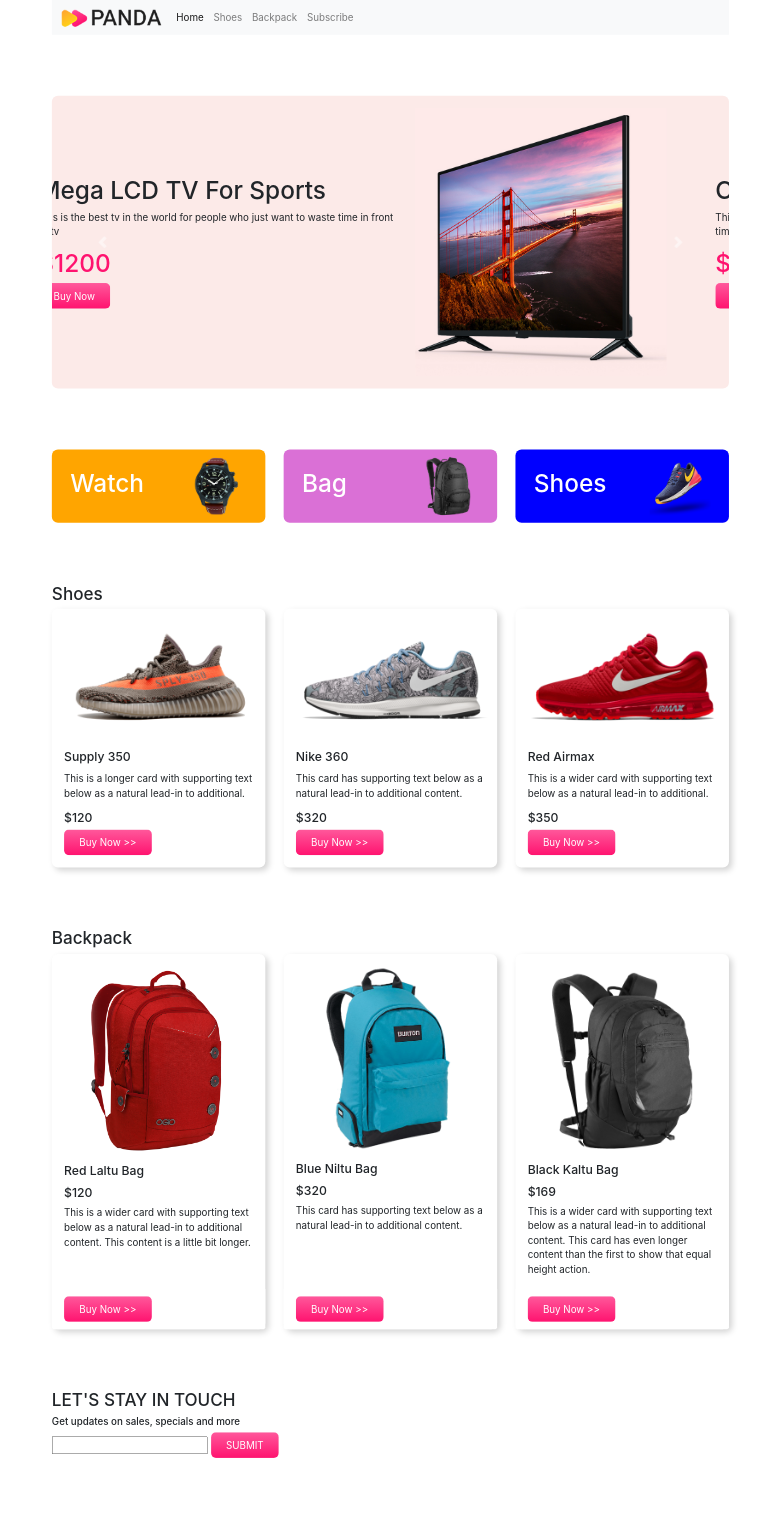
Repository: mohsinfarabi/panda-commerce
Page: index.html
The author's editor kept a copy of each file at every save. The page is drawn from the files as they stood at one save, then again after the next save.
The browser window is 1280 px wide. The pictures show the whole page, at 61% of full size.

Above is the page before, as saved 2020-07-07 03:26:37.

### index.html
<!DOCTYPE html>
<html lang="en">

<head>
    <meta charset="UTF-8">
    <meta name="viewport" content="width=device-width, initial-scale=1.0">
    <title>Panda Commerce</title>
    <link rel="stylesheet" href="css/bootstrap/css/bootstrap.min.css">
    <link rel="stylesheet" href="style.css">
</head>

<body>
    <div class="container">
        <nav class="navbar navbar-expand-lg navbar-light bg-light">
            <a class="navbar-brand" href="#"><img src="images/logo.png" alt=""></a>
            <button class="navbar-toggler" type="button" data-toggle="collapse" data-target="#navbarNav" aria-controls="navbarNav" aria-expanded="false" aria-label="Toggle navigation">
              <span class="navbar-toggler-icon"></span>
            </button>
            <div class="collapse navbar-collapse" id="navbarNav">
                <ul class="navbar-nav">
                    <li class="nav-item active">
                        <a class="nav-link" href="#">Home <span class="sr-only">(current)</span></a>
                    </li>
                    <li class="nav-item">
                        <a class="nav-link" href="#shoes">Shoes</a>
                    </li>
                    <li class="nav-item">
                        <a class="nav-link" href="#backpack">Backpack</a>
                    </li>
                    <li class="nav-item">
                        <a class="nav-link" href="#subscribe">Subscribe</a>
                    </li>
                </ul>
            </div>
        </nav>
    </div>
    <div class="container">
        <div id="carouselExampleControls" class="carousel slide orange-bg" data-ride="carousel">
            <div class="carousel-inner">
                <div class="carousel-item active">
                    <div class="row align-items-center">
                        <div class="col-md-7">
                            <h1>Mega LCD TV For Sports</h1>
                            <p>This is the best tv in the world for people who just want to waste time in front of tv</p>
                            <h1 class="price">$1200</h1>
                            <button class="buy-now-button">Buy Now</button>
                        </div>
                        <div class="col-md-5">
                            <img src="images/banner-images/tv.png" class="d-block w-100" alt="...">
                        </div>
                    </div>
                </div>
                <div class="carousel-item">
                    <div class="row align-items-center">
                        <div class="col-md-7">
                            <h1>Cool Dude Headphone</h1>
                            <p>This is the best headdphone in the world for people who just want to waste time in front of funky world.</p>
                            <h1 class="price">$420</h1>
                            <button class="buy-now-button">Buy Now</button>
                        </div>
                        <div class="col-md-5">
                            <img src="images/banner-images/headphone.png" class="d-block w-100" alt="...">
                        </div>
                    </div>
                </div>
                <div class="carousel-item">
                    <div class="row align-items-center">
                        <div class="col-md-7">
                            <h1>Mega LCD TV For Sports</h1>
                            <p>This is the best x-box in the world for people who just want to waste time in front of fake sports.</p>
                            <h1 class="price">$600</h1>
                            <button class="buy-now-button">Buy Now</button>
                        </div>
                        <div class="col-md-5">
                            <img src="images/banner-images/xbox.png" class="d-block w-100" alt="...">
                        </div>
                    </div>
                </div>
            </div>
            <a class="carousel-control-prev" href="#carouselExampleControls" role="button" data-slide="prev">
                <span class="carousel-control-prev-icon" aria-hidden="true"></span>
                <span class="sr-only">Previous</span>
            </a>
            <a class="carousel-control-next" href="#carouselExampleControls" role="button" data-slide="next">
                <span class="carousel-control-next-icon" aria-hidden="true"></span>
                <span class="sr-only">Next</span>
            </a>
        </div>
    </div>

    <div class="container categories">
        <div class="row">
            <div class="col-md-4">
                <div class="d-flex justify-content-between align-items-center cat1">
                    <h1>Watch</h1>
                    <img src="images/categories/watch.png" alt="">
                </div>
            </div>
            <div class="col-md-4">
                <div class="d-flex justify-content-between align-items-center cat2">
                    <h1>Bag</h1>
                    <img src="images/categories/bag.png" alt="">
                </div>
            </div>
            <div class="col-md-4">
                <div class="d-flex justify-content-between align-items-center cat3">
                    <h1>Shoes</h1>
                    <img src="images/categories/shoes.png" alt="">
                </div>
            </div>
        </div>
    </div>

    <div class="container shoes" id="shoes">
        <h3>Shoes</h3>
        <div class="card-deck">
            <div class="card">
                <img src="images/shoes/shoe-1.png" class="card-img-top" alt="...">
                <div class="card-body">
                    <h5 class="card-title">Supply 350</h5>
                    <p class="card-text">This is a longer card with supporting text below as a natural lead-in to additional.</p>
                    <h5>$120</h5>
                    <button class="buy-now-button">Buy Now >></button>
                </div>
            </div>
            <div class="card">
                <img src="images/shoes/shoe-2.png" class="card-img-top" alt="...">
                <div class="card-body">
                    <h5 class="card-title">Nike 360</h5>
                    <p class="card-text">This card has supporting text below as a natural lead-in to additional content.</p>
                    <h5>$320</h5>
                    <button class="buy-now-button">Buy Now >></button>
                </div>
            </div>
            <div class="card">
                <img src="images/shoes/shoe-3.png" class="card-img-top" alt="...">
                <div class="card-body">
                    <h5 class="card-title">Red Airmax</h5>
                    <p class="card-text">This is a wider card with supporting text below as a natural lead-in to additional.</p>
                    <h5>$350</h5>
                    <button class="buy-now-button">Buy Now >></button>
                </div>
            </div>
        </div>
    </div>

    <div class="container" id="backpack">
        <h3>Backpack</h3>
        <div class="card-deck">
            <div class="card">
                <img src="images/bags/bag-1.png" class="card-img-top" alt="...">
                <div class="card-body">
                    <h5 class="card-title">Red Laltu Bag</h5>
                    <h5>$120</h5>
                    <p class="card-text">This is a wider card with supporting text below as a natural lead-in to additional content. This content is a little bit longer.</p>
                </div>
                <div class="card-footer">
                    <button class="buy-now-button">Buy Now >></button>
                </div>
            </div>
            <div class="card">
                <img src="images/bags/bag-2.png" class="card-img-top" alt="...">
                <div class="card-body">
                    <h5 class="card-title">Blue Niltu Bag</h5>
                    <h5>$320</h5>
                    <p class="card-text">This card has supporting text below as a natural lead-in to additional content.</p>
                </div>
                <div class="card-footer">
                    <button class="buy-now-button">Buy Now >></button>
                </div>
            </div>
            <div class="card">
                <img src="images/bags/bag-3.png" class="card-img-top" alt="...">
                <div class="card-body">
                    <h5 class="card-title">Black Kaltu Bag</h5>
                    <h5>$169</h5>
                    <p class="card-text">This is a wider card with supporting text below as a natural lead-in to additional content. This card has even longer content than the first to show that equal height action.</p>
                </div>
                <div class="card-footer">
                    <button class="buy-now-button">Buy Now >></button>
                </div>
            </div>
        </div>
    </div>

    <div class="container" id="subscribe">
        <h3>LET'S STAY IN TOUCH</h3>
        <h6>Get updates on sales, specials and more</h6>
        <input type="text">
        <button class="buy-now-button">SUBMIT</button>
    </div>


    <script src="https://code.jquery.com/jquery-3.5.1.slim.min.js" integrity="sha384-DfXdz2htPH0lsSSs5nCTpuj/zy4C+OGpamoFVy38MVBnE+IbbVYUew+OrCXaRkfj" crossorigin="anonymous"></script>
    <script src="https://cdn.jsdelivr.net/npm/popper.js@1.16.0/dist/umd/popper.min.js" integrity="sha384-Q6E9RHvbIyZFJoft+2mJbHaEWldlvI9IOYy5n3zV9zzTtmI3UksdQRVvoxMfooAo" crossorigin="anonymous"></script>
    <script src="https://stackpath.bootstrapcdn.com/bootstrap/4.5.0/js/bootstrap.min.js" integrity="sha384-OgVRvuATP1z7JjHLkuOU7Xw704+h835Lr+6QL9UvYjZE3Ipu6Tp75j7Bh/kR0JKI" crossorigin="anonymous"></script>
</body>

</html>

### style.css
.container {
    margin-bottom: 100px;
}

.orange-bg {
    background-color: #fceae8;
    border-radius: 10px;
}

.carousel-item {
    padding: 20px 40px;
}

.price {
    color: #ff136f;
}

.buy-now-button {
    background-image: linear-gradient(to bottom, #FF589B 0%, #FF136F 100%);
    color: #fff;
    border: none;
    border-radius: 8px;
    padding: 9px 25px;
    cursor: pointer;
}

.cat1,
.cat2,
.cat3 {
    padding: 10px 30px;
    border-radius: 10px;
}

.cat1 {
    background-color: orange;
}

.cat2 {
    background-color: orchid;
}

.cat3 {
    background-color: blue;
}

.categories h1 {
    color: white;
}

.categories img {
    width: 100px;
}

.card {
    border: none;
    border-radius: 10px;
    box-shadow: 5px 5px 10px lightgray;
}

.card-footer {
    background-color: white;
    border-top: none;
}

Loaded but not shown: css/bootstrap/css/bootstrap.min.css (library)

After the next save:
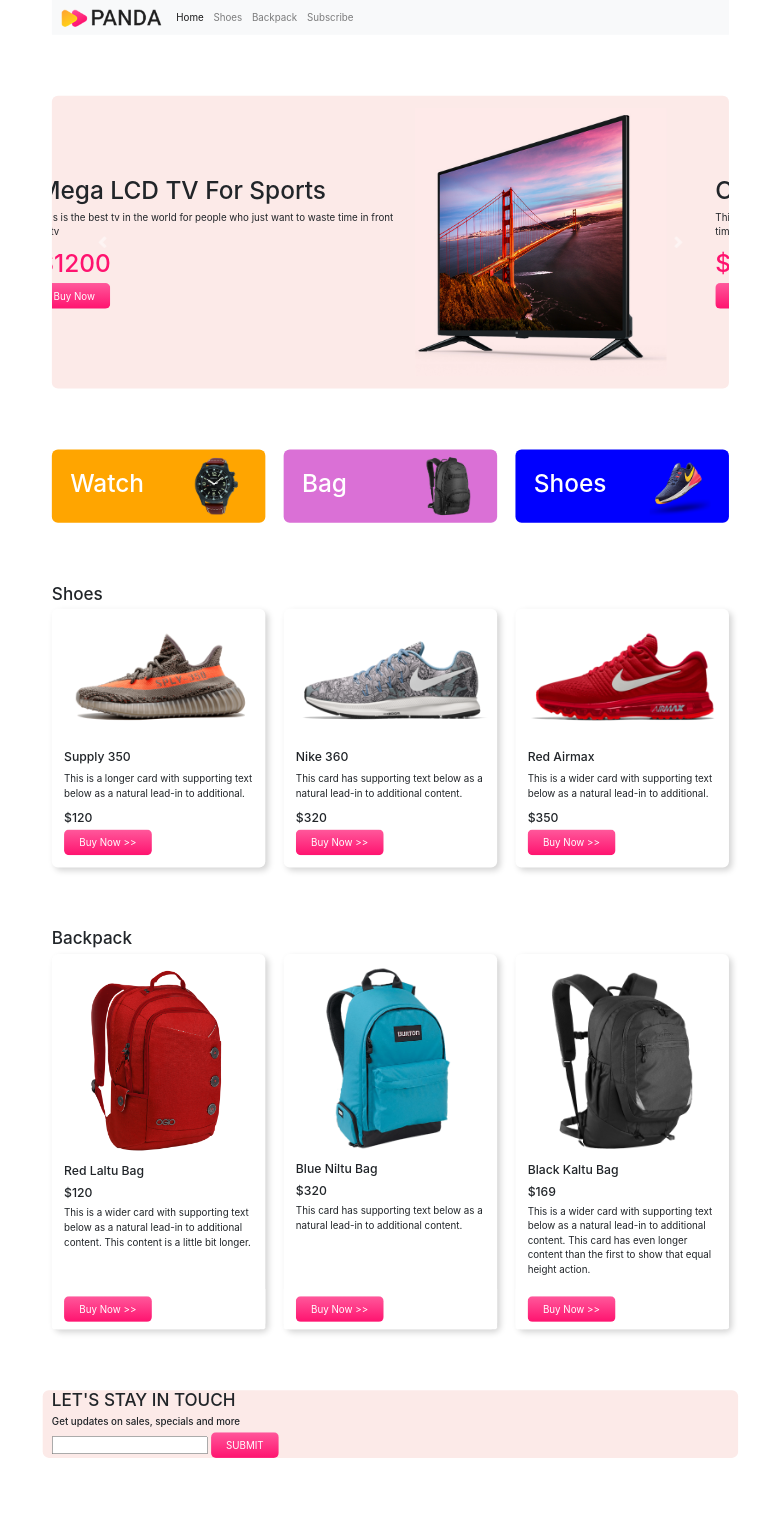
Saved 32 s later.
--- a/index.html
+++ b/index.html
@@ -183,7 +183,7 @@
         </div>
     </div>
 
-    <div class="container" id="subscribe">
+    <div class="container orange-bg" id="subscribe">
         <h3>LET'S STAY IN TOUCH</h3>
         <h6>Get updates on sales, specials and more</h6>
         <input type="text">
